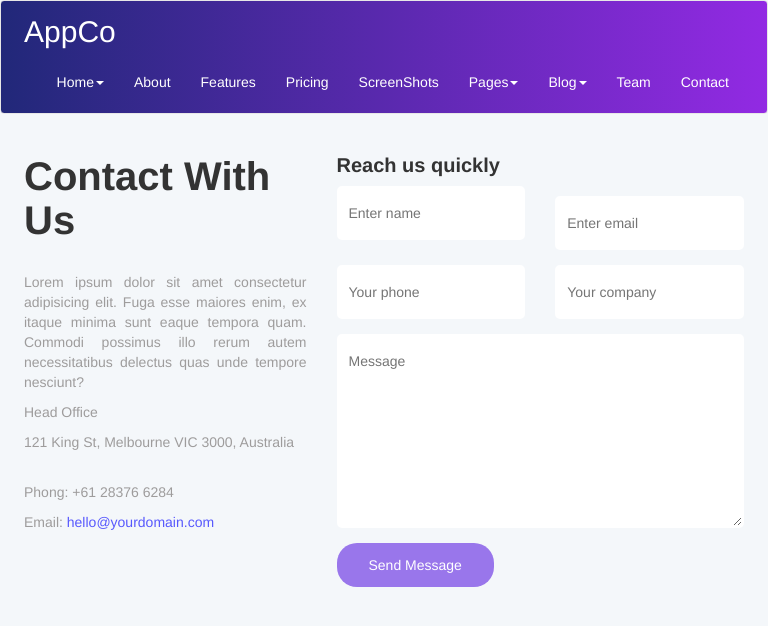
Repository: kaza1509/checkform
Page: index.html
An editor plug-in stored every save of this project. The page is shown before and after the next save, followed by the edit.
The browser window is 768 px wide. The pictures show the whole page.

Above is the page before, as saved 2021-12-08 19:31:36.

### index.html
<!DOCTYPE html>
<html lang="en">
<head>
    <meta charset="UTF-8">
    <meta http-equiv="X-UA-Compatible" content="IE=edge">
    <meta name="viewport" content="width=device-width, initial-scale=1.0">
    <link rel="stylesheet" href="main.css">

    <link rel="shortcut icon" href="https://github.githubassets.com/pinned-octocat.svg" type="image/x-icon">

    <link rel="stylesheet" href="https://maxcdn.bootstrapcdn.com/bootstrap/3.3.7/css/bootstrap.min.css" integrity="sha384-BVYiiSIFeK1dGmJRAkycuHAHRg32OmUcww7on3RYdg4Va+PmSTsz/K68vbdEjh4u" crossorigin="anonymous">

    <link href="//fonts.googleapis.com/css?family=Roboto:300,400,700&subset=vietnamese" rel="stylesheet">

    <title>AppCo</title>
</head>
<body>

    <nav class="navbar navbar-default header">
        <div class="container" id="modi">
          <!-- Brand and toggle get grouped for better mobile display -->
          <div class="navbar-header">
            <button type="button" class="navbar-toggle collapsed" data-toggle="collapse" data-target="#bs-example-navbar-collapse-1" aria-expanded="false">
              <span class="sr-only">Toggle navigation</span>
              <span class="icon-bar"></span>
              <span class="icon-bar"></span>
              <span class="icon-bar"></span>
            </button>
            <a class="navbar-brand" id="logo" href="#">AppCo</a>
          </div>

          <!-- Collect the nav links, forms, and other content for toggling -->
          <div class="collapse navbar-collapse" id="bs-example-navbar-collapse-1">
            <ul class="nav navbar-nav navbar-right">
              <li class="dropdown">
                <a href="#" class="dropdown-toggle" data-toggle="dropdown" role="button" aria-haspopup="true" aria-expanded="false">Home<span class="caret"></span></a>
                <ul class="dropdown-menu">
                  <li><a href="#">Action</a></li>
                  <li><a href="#">Another action</a></li>
                  <li><a href="#">Something else here</a></li>
                  <li role="separator" class="divider"></li>
                  <li><a href="#">Separated link</a></li>
                </ul>
              </li>

              <li ><a href="#">About</a></li>
              <li><a href="#">Features</a></li>
              <li><a href="#">Pricing</a></li>
              <li><a href="#">ScreenShots</a></li>

              <li class="dropdown">
                <a href="#" class="dropdown-toggle" data-toggle="dropdown" role="button" aria-haspopup="true" aria-expanded="false">Pages<span class="caret"></span></a>
                <ul class="dropdown-menu">
                  <li><a href="#">Action</a></li>
                  <li><a href="#">Another action</a></li>
                  <li><a href="#">Something else here</a></li>
                  <li role="separator" class="divider"></li>
                  <li><a href="#">Separated link</a></li>
                </ul>
              </li>

              <li class="dropdown">
                <a href="#" class="dropdown-toggle" data-toggle="dropdown" role="button" aria-haspopup="true" aria-expanded="false">Blog<span class="caret"></span></a>
                <ul class="dropdown-menu">
                  <li><a href="#">Action</a></li>
                  <li><a href="#">Another action</a></li>
                  <li><a href="#">Something else here</a></li>
                  <li role="separator" class="divider"></li>
                  <li><a href="#">Separated link</a></li>
                </ul>
              </li>

              <li><a href="#">Team</a></li>
              <li><a href="#">Contact</a></li>

            </ul>
          </div><!-- /.navbar-collapse -->
        </div><!-- /.container-fluid -->
    </nav>

    <div class="container content">
        <div class="row">
            <div class="col-sm-5">
                <h1>Contact With Us</h1>
                <br>
                <p>Lorem ipsum dolor sit amet consectetur adipisicing elit. Fuga esse maiores enim, ex itaque minima sunt eaque tempora quam. Commodi possimus illo rerum autem necessitatibus delectus quas unde tempore nesciunt?</p>
                <p>Head Office</p>
                <p>121 King St, Melbourne VIC 3000, Australia</p>
                <br>
                <p>Phong: +61 28376 6284</p>
                <p>
                    <span>Email: </span>
                    <span style="color: rgba(0, 0, 255, 0.644);">hello@yourdomain.com</span>
                </p>
            </div>

            <div class="col-sm-7">
                <div class="row">
                    <div class="col-sm-12">
                        <h4>Reach us quickly</h4>
                    </div>
                </div>
                <form action="">
                    <div class="row">
                        <div class="col-sm-6">
                            <input id="name" type="text" placeholder="Enter name">
                            <div id="inName" class="invalid">Empty name</div>
                        </div>
                        <div class="col-sm-6">
                            <input id="email" type="email" placeholder="Enter email">
                            <div id="inEmail" class="invalid">Empty email</div>
                        </div>
                    </div>

                    <div class="row">
                        <div class="col-sm-6">
                            <input id="phone" type="text" placeholder="Your phone">
                            <div id="inPhone" class="invalid">Empty phone</div>
                        </div>
                        <div class="col-sm-6">
                            <input id="company" type="text" placeholder="Your company">
                            <div id="inCompany" class="invalid">Empty company</div>
                        </div>
                    </div>

                    <div class="row">
                        <div class="col-sm-12">
                            <textarea id="message" name="" id="" cols="70" rows="8" placeholder="Message"></textarea>

                            <div class=" invalid" id="inTextarea">Empty Message</div>
                        </div>
                    </div>
                    <div class="row">
                        <div class="col-sm-12">
                            <button id="button">Send Message</button>

                            <div class="alert alert-success" id="noti" role="alert">
                                <h4 class="alert-heading">Well done!</h4>
                                <p>Aww yeah, you successfully read this important alert message. This example text is going to run a bit longer so that you can see how spacing within an alert works with this kind of content.</p>
                                <hr>
                                <p class="mb-0">Whenever you need to, be sure to use margin utilities to keep things nice and tidy.</p>
                            </div>

                        </div>
                    </div>
                </form>
            </div>
        </div>
    </div>

</body>

<!-- <script src="https://maxcdn.bootstrapcdn.com/bootstrap/3.3.7/js/bootstrap.min.js" integrity="sha384-Tc5IQib027qvyjSMfHjOMaLkfuWVxZxUPnCJA7l2mCWNIpG9mGCD8wGNIcPD7Txa" crossorigin="anonymous"></script> -->

<script src="./main.js"></script>
</html>

### main.css
* {
    padding: 0;
    margin: 0;
    box-sizing: border-box;
}

:root {
    --height-header: 70px
}

body {
    font-family: Roboto, sans-serif;
    background-color: #F4F7FA!important;
}

.header {
    padding: 6px 0;
    background-image: linear-gradient(90deg, #212879, #922AE3);
}

#modi a {
    display: inline-block;
    color: #fff;
}

#logo {
    font-size: 30px;
}

.content h1 {
    font-weight: bold;
    font-size: 40px;
}

.content p, .content span {
    color: rgb(158, 156, 156);
    text-align: justify;
}

.content h4 {
    font-size: 20px;
    font-weight: bold;
    padding-top: 10px;
}

.content input, .content textarea {
    width: 100%;
    padding: 15px 10px;
    outline: none;
    border: 2px solid transparent;
    font-size: 14px;
    background-color: #fff;
    /* margin-bottom: 15px; */
    border-radius: 5px;
}

.invalid {
    margin-top: 4px;
    color: red;
    display: none;
}

#phone, #company, .content textarea {
    margin-top: 15px;
}

.content button {
    color: #fff;
    background: #9976EB;
    border-radius: 20px;
    padding: 10px 30px;
    margin-top: 10px;
    border: 2px solid transparent;
    outline: none;
}

.content input:focus {
    border: 2px solid #9976EB;
}

.content button:hover {
    border: 2px solid #9976EB;
    background-color: transparent;
    color: rgb(170, 170, 170);
}

@media screen and (max-width: 768px) {
    #email {
        margin-top: 10px;
    }

}

#noti {
    margin-top: 15px;
    display: none;
}

### main.js
let button = document.getElementById('button')

let inName = document.getElementById('inName')
let inEmail = document.getElementById('inEmail')
let inPhone = document.getElementById('inPhone')
let inCompany = document.getElementById('inCompany')
let inTextarea = document.getElementById('inTextarea')

let name = document.getElementById('name')
let email = document.getElementById('email')
let phone = document.getElementById('phone')
let company = document.getElementById('company')
let textarea = document.getElementById('message')

let borderSucess = '2px solid green'
let borderFail =  '2px solid red'
let success = []

button.addEventListener('click', () => {

    //======== check phần input name ==========
    if(name.value == '') {
        inName.style.display = 'block'
        name.style.border = borderFail
    }
    else {
        let pattern = /^[a-zA-Z ]+$/gi
        //đúng
        if(pattern.test(name.value)) {
            //không vượt quá 32 kí tự
            if(name.value.length < 6 || name.value.length > 32) {
                name.style.border = borderFail
                inName.innerHTML = 'Name must have 6 to 32 character'
                inName.style.display = 'block'
            }
            else {
                name.style.border = borderSucess
                inName.style.display = 'none'
                success.push(0)
            }
        }
        //sai
        else {
            name.style.border = borderFail
            inName.innerHTML = 'Wrong format'
            inName.style.display = 'block'
        }
    }

    //======== check phần input email ==========

    if(email.value == '') {
        inEmail.style.display = 'block'
        email.style.border = borderFail
    }
    else {
        let pattern = /^[a-z]{1}[a-zA-Z0-9]+@([a-z]+.)+$/gi
        if(pattern.test(email.value)) {
            //không vượt quá 32 kí tự
            if(email.value.length > 32) {
                email.style.border = borderFail
                inEmail.innerHTML = 'Email not over 32 character'
                inEmail.style.display = 'block'
            }
            else {
                email.style.border = borderSucess
                inEmail.style.display = 'none'
                success.push(0)
            }
        }
        else {
            email.style.border = borderFail
            inEmail.innerHTML = 'Wrong format'
            inEmail.style.display = 'block'
        }

    }

    //======== check phần input phone ==========

    if(phone.value == '') {
        inPhone.style.display = 'block'
        phone.style.border = borderFail
    }
    else {
        let pattern = /^0[0-9]{8,9}/gi
        if(pattern.test(phone.value)) {
            phone.style.border = borderSucess
            inPhone.style.display = 'none'
            success.push(0)
        }
        else {
            phone.style.border = borderFail
            inPhone.innerHTML = 'Phone has 9 or 10 number'
            inPhone.style.display = 'block'
        }
    }

    //======== check phần input company ==========

    if(company.value == '') {
        inCompany.style.display = 'block'
        company.style.border = borderFail
    }
    else {
        let pattern = /company(_[a-zA-Z0-9]+)+$/gi
        if(pattern.test(company.value)) {
            company.style.border = borderSucess
            inCompany.style.display = 'none'
            success.push(0)
        }
        else {
            company.style.border = borderFail
            inCompany.innerHTML = 'Wrong format. It must be COMPANY_XXX'
            inCompany.style.display = 'block'
        }
    }

    //======== check phần input message ==========
    if(textarea.value == '') {
        inTextarea.style.display = 'block'
        textarea.style.border =  borderFail
    }
    else {
        inTextarea.style.display = 'none'
        textarea.style.border =  borderSucess
        success.push(0)
    }
    if(success.length == 5) {
        let noti = document.getElementById('noti')
        noti.style.display = 'block'
        //--------------------------------------

    }
})

button.addEventListener('click', (e) => {
    e.preventDefault()
})

After the next save:
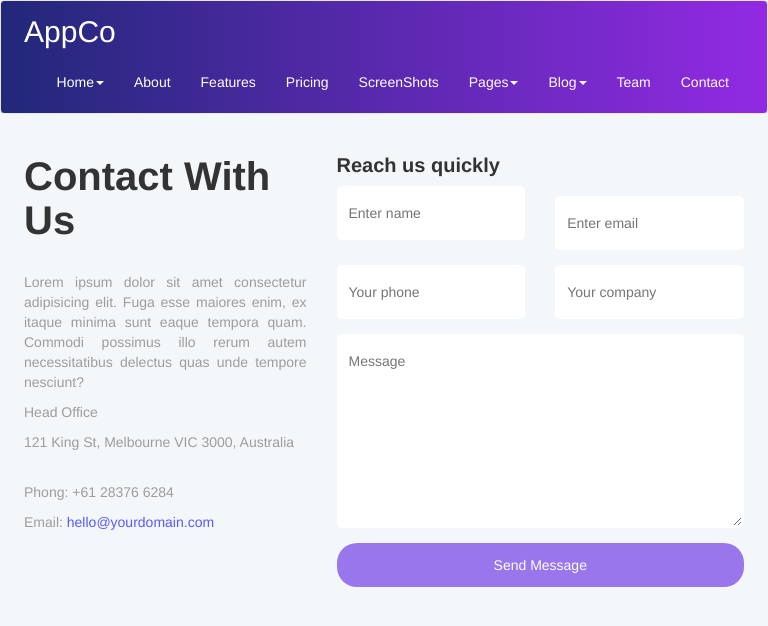
Saved 15 s later.
--- a/main.css
+++ b/main.css
@@ -88,7 +88,9 @@ body {
     #email {
         margin-top: 10px;
     }
-
+    #button {
+        width: 100%;
+    }
 }
 
 #noti {
